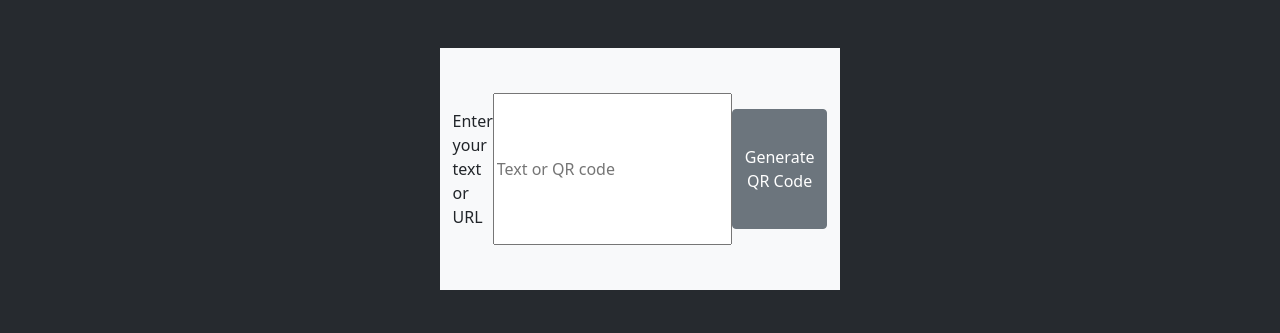
Repository: zeinawady/Qr-Code-Generator-App
Page: index.html
The author's editor kept a copy of each file at every save. The page is drawn from the files as they stood at one save, then again after the next save.
The browser window is 1280 px wide. The pictures show the whole page.

Above is the page before, as saved 2024-10-30 00:29:01.

After the next save:
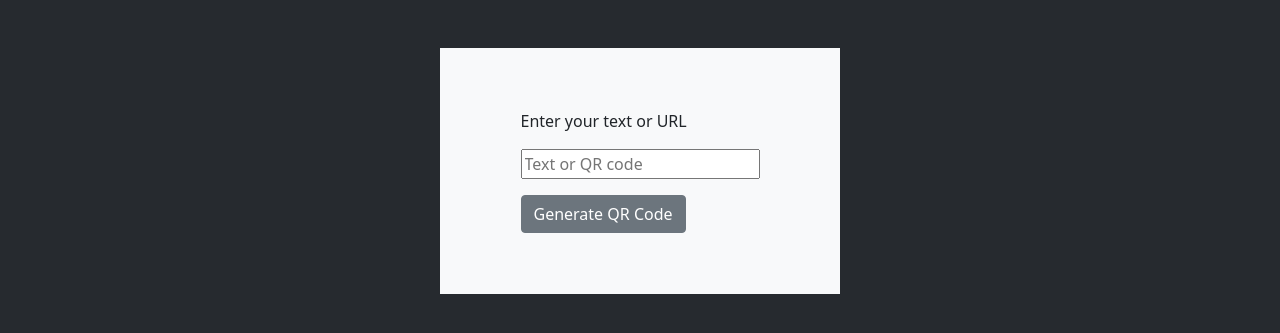
Saved 5 s later.
--- a/index.html
+++ b/index.html
@@ -10,10 +10,10 @@
 </head>
 <body>
     <div class="container  d-flex justify-content-center align-items-center bg-light mt-5">
-   <div class="qr-container d-flex justify-content-center">
+   <div class="qr-container">
 <p class="my-3">Enter your text or URL</p>
 <input type="text" placeholder="Text or QR code">
-<button class="btn btn-secondary my-3 ">Generate QR Code</button>
+<button class="btn btn-secondary my-3 d-flex justify-content-center">Generate QR Code</button>
    </div>
 </div>
 
